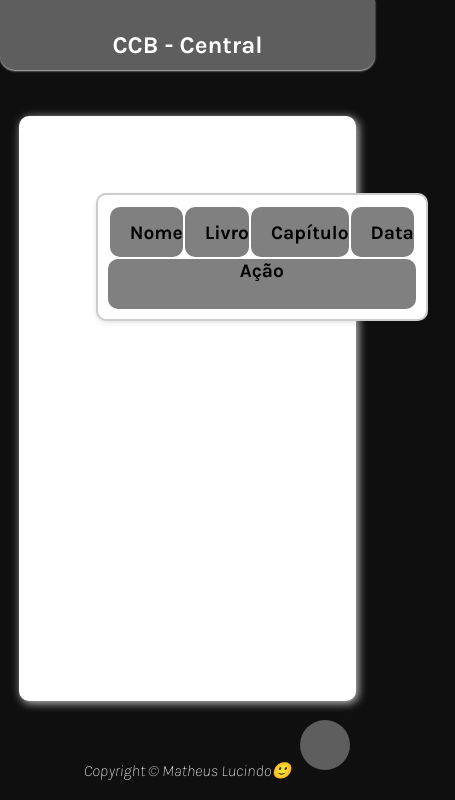
Repository: Matheus904-12/API-da-CCB
Page: index.html
The author's editor kept a copy of each file at every save. The page is drawn from the files as they stood at one save, then again after a run of saves.
The browser window is 375 px wide. The page is 455 px wide, then 398 px, so the pictures cover 455 px, including what lies to the right of the window. The pictures show the whole page.

Above is the page before, as saved 2024-01-14 01:31:27.

After the next 2 saves:
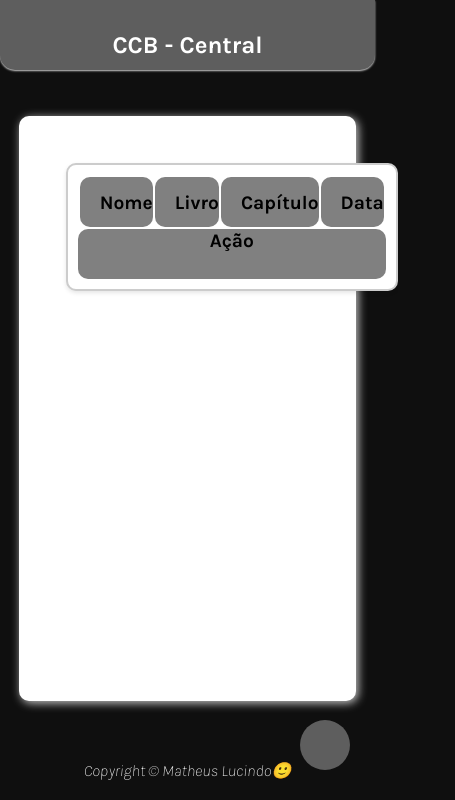
The 2 saves are shown as one change because they came seconds apart.
The last was saved 7 s later.
--- a/chat.css
+++ b/chat.css
@@ -48,7 +48,7 @@
         background-color: white;
         box-shadow: 0 2px 4px rgba(0, 0, 0, 0.1);
         padding: 10px;
-        margin: 25px;
+        margin: -5px;
     }
 
     .records td {
